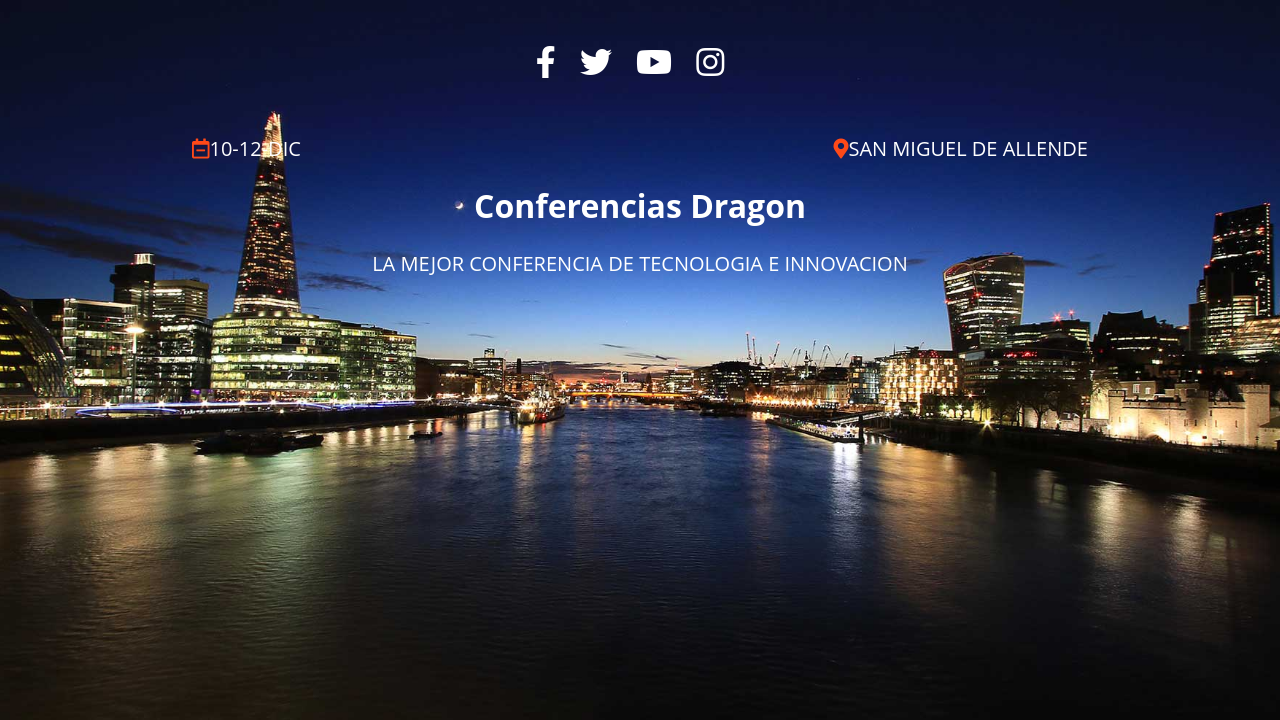
Repository: edgarhdzp/pagina-conferencias-reservaciones
Page: index.html
These files come from the project's save history. The page is drawn as it stood at one moment and after a run of saves; the edit follows.
The browser window is 1280 px wide. The pictures show the whole page.

Above is the page before, as saved 2020-06-16 21:22:37.

After the next 3 saves:
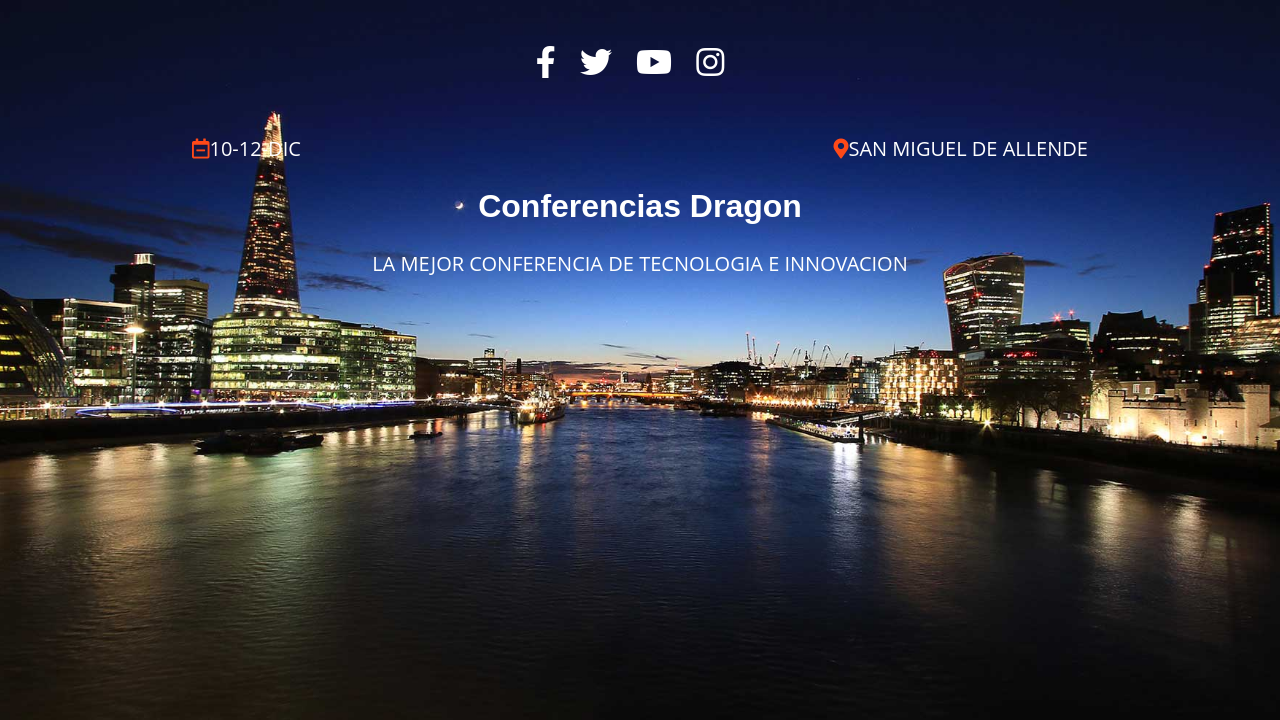
The 3 saves are shown as one change because they came seconds apart.
The last was saved 55 s later.
--- a/css/main.css
+++ b/css/main.css
@@ -180,6 +180,10 @@
 
 p.ciudad {
     float: right;
+}
+
+h1 {
+    font-family: 'PT Sans', sans-serif;
 }
 
 

After the save that followed:
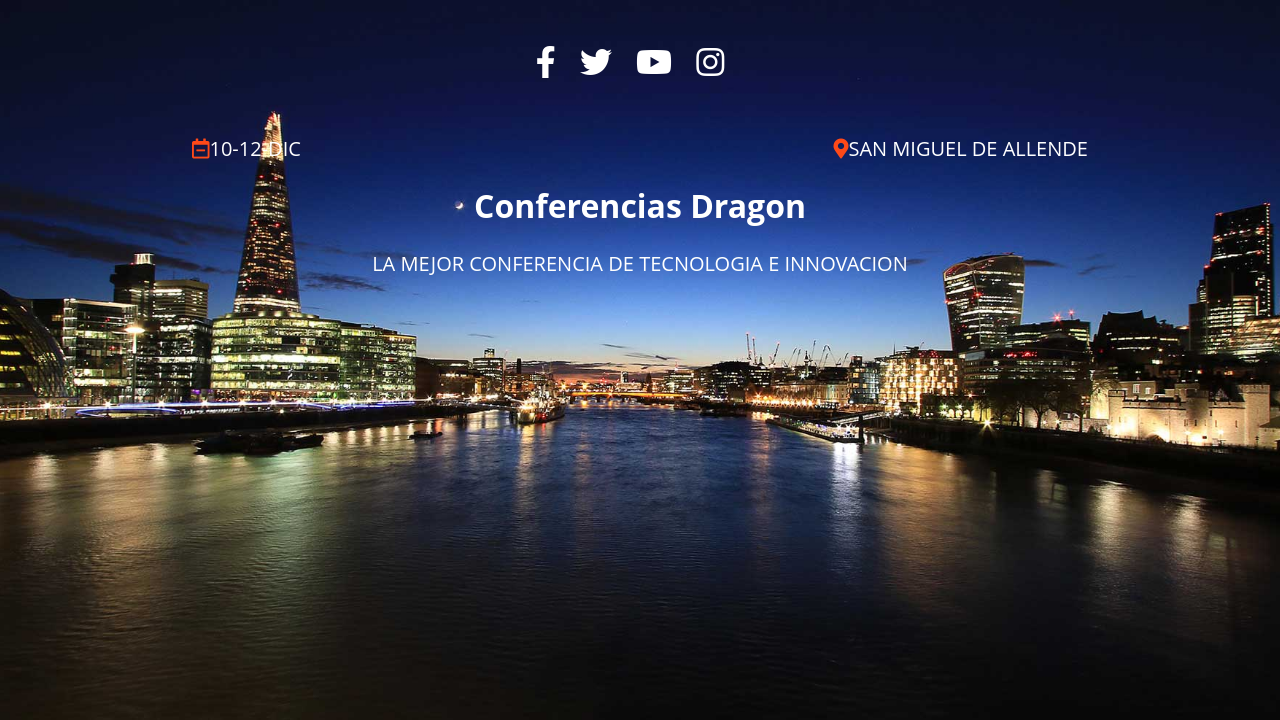
Saved 14 s later.
--- a/css/main.css
+++ b/css/main.css
@@ -182,7 +182,7 @@
     float: right;
 }
 
-h1 {
+h1.nombre {
     font-family: 'PT Sans', sans-serif;
 }
 
